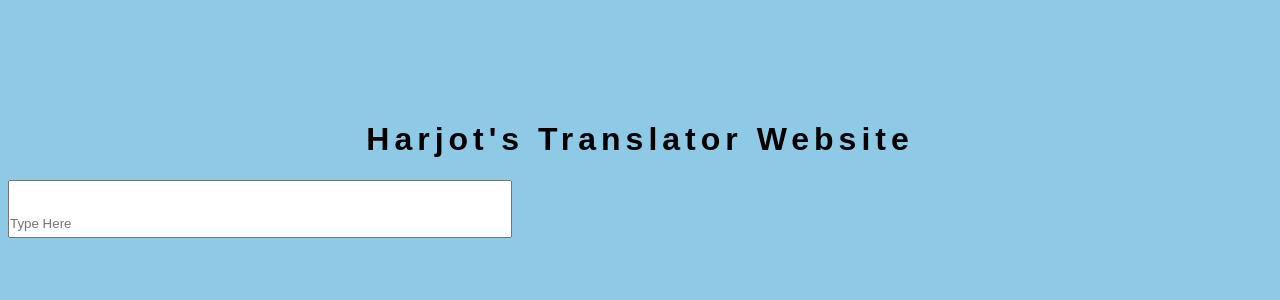
Repository: Harjot00/Pythonpractice
Page: Translator/homepage.html
These files come from the project's save history. The page is drawn as it stood at one moment and after the next save; the edit follows.
The browser window is 1280 px wide. The pictures show the whole page.
Some web fonts or font styles are not loaded; a fallback is used.

Above is the page before, as saved 2022-03-06 18:17:52.

After the next save:
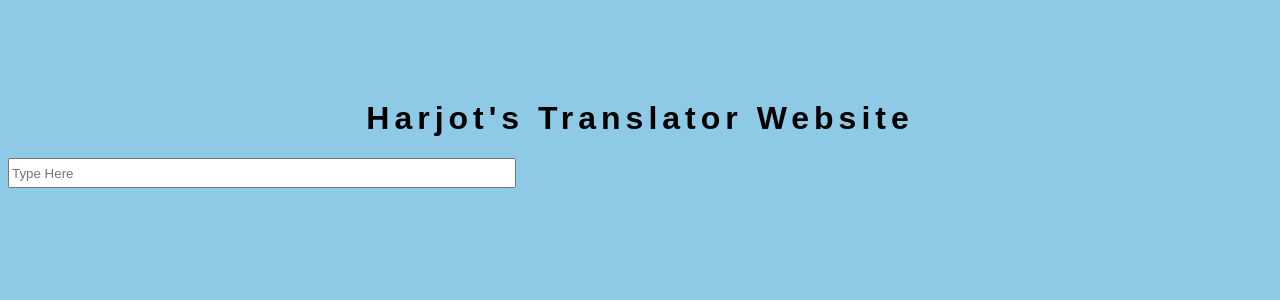
Saved 42 s later.
--- a/Translator/styles.css
+++ b/Translator/styles.css
@@ -3,11 +3,11 @@
     font-family: open sans;
 }
 h1{
-    padding-top: 100px;
+    margin-top: 100px;
     text-align: center;
 }
 #entry{
     width: 500px;
     height: 24px;
-    padding:30px 0px 0px 0px;
+
 }
